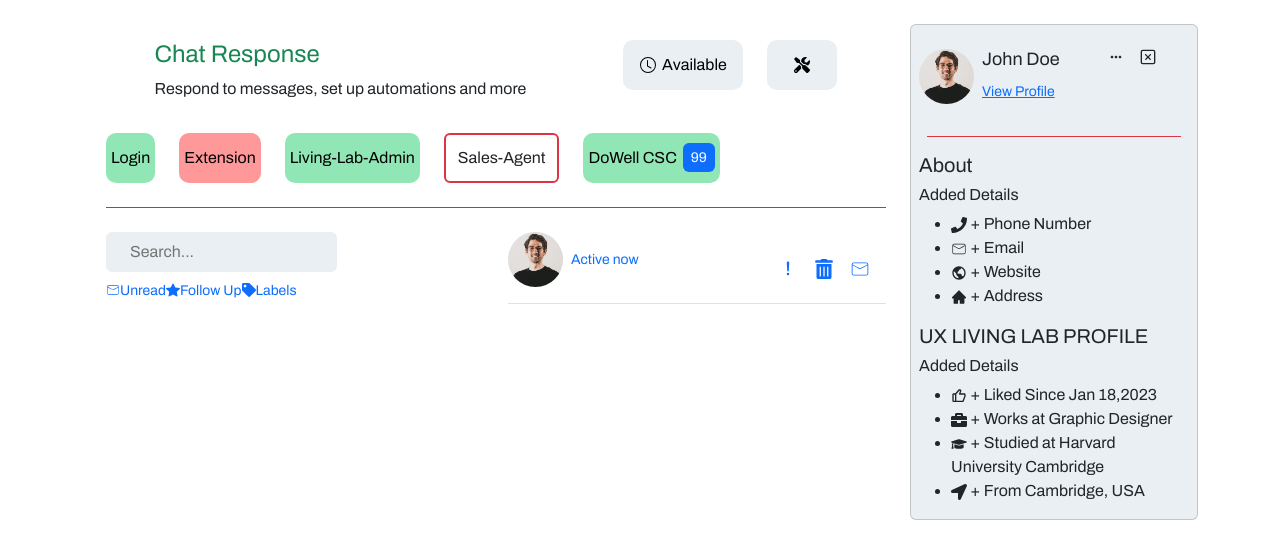
Repository: uh-sman/UX-Living-Lab-Chat
Page: /
These files come from the project's save history. The page is drawn as it stood at one moment and after the next save; the edit follows.
The browser window is 1280 px wide. The pictures show the whole page.
The project was rebuilt for these pictures with package versions that can differ from the ones it lists, and the page was loaded fresh each time.

Above is the page before, as saved 2023-05-10 17:43:36.

After the next save:
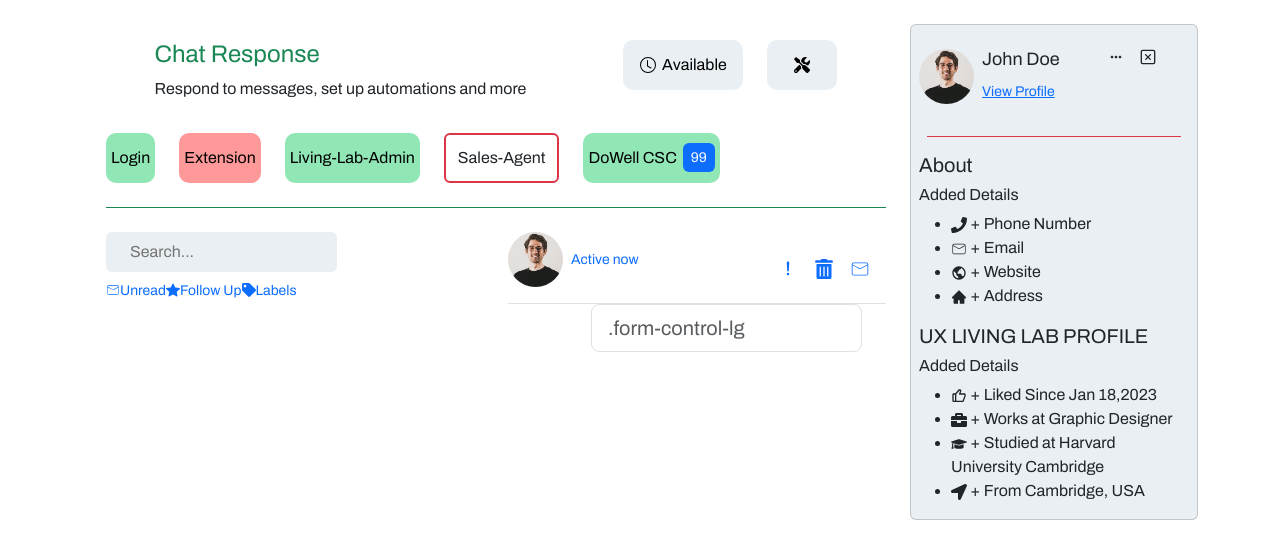
Saved 13 s later.
--- a/src/container/Chats/message/Message.jsx
+++ b/src/container/Chats/message/Message.jsx
@@ -1,7 +1,7 @@
 import React, { useState } from "react";
 
 const Message = () => {
-  const [message, setMessage] = useState(null);
+  const [message, setMessage] = useState(true);
   return (
     <div className="mx-4">
       <div className="d-flex justify-content-end ">
